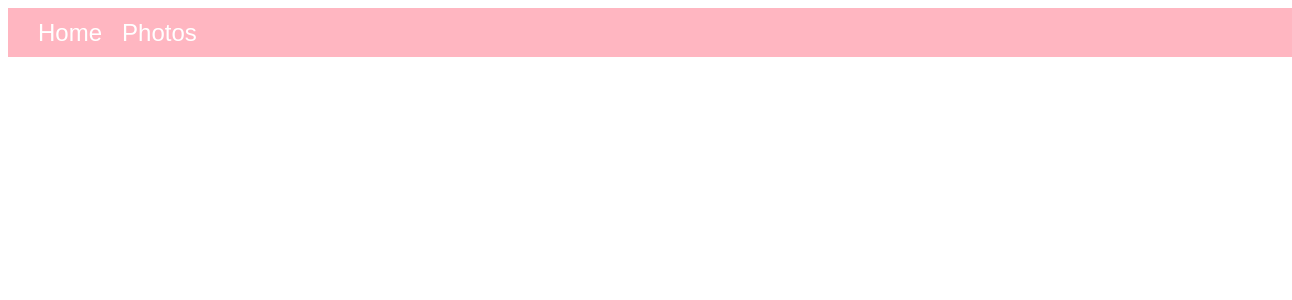
Repository: josephinel6/simple-editing
Page: navigation.html
The author's editor kept a copy of each file at every save. The page is drawn from the files as they stood at one save, then again after a run of saves.
The browser window is 1280 px wide. The page is 1292 px wide, so the pictures cover 1292 px, including what lies to the right of the window. The pictures show the whole page.

Above is the page before, as saved 2023-05-23 14:44:10.

After the next 2 saves:
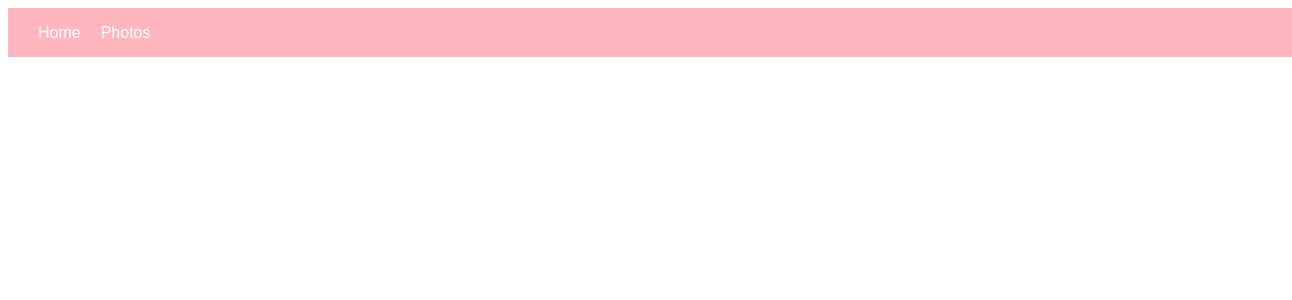
The 2 saves are shown as one change because they came seconds apart.
The last was saved 26 s later.
--- a/navigation.html
+++ b/navigation.html
@@ -9,7 +9,7 @@
             color: white;
             text-decoration: none;
             font-weight: 500;
-            font-size: 1.5em;
+            font-size: 1em;
         }
 
         .menutab:hover {
